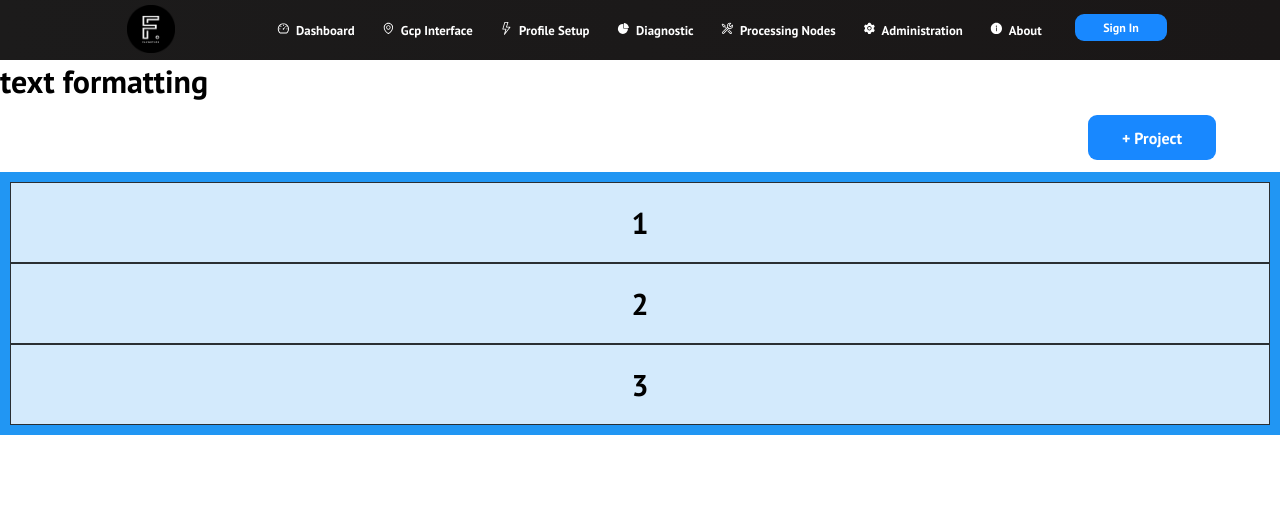
Repository: Akshaykumar1111/akki
Page: /Dashboard
An editor plug-in stored every save of this project. The page is shown before and after the next save, followed by the edit.
The browser window is 1280 px wide. The pictures show the whole page.
Some web libraries are served in a nearby version. The project was rebuilt for these pictures with package versions that can differ from the ones it lists, and the page was loaded fresh each time. Also part of the build but not shown: src/components/pages/Administration.css, src/components/pages/Administration.js, src/components/pages/Diagnostic.js, src/components/pages/ProfileSetup.js, src/components/pages/GcpInterface.js, src/components/pages/ProcessingNodes.js, src/components/pages/About.js, src/components/pages/Popup.css and 7 more.

Above is the page before, as saved 2022-10-20 12:35:05.

### src/App.css
* {
  box-sizing: border-box;
  margin: 0;
  padding: 0;
  font-family: 'PT Sans', sans-serif;
}

.home,
.Diagnostic,
.Dashboard,
.ProfileSetup,
.GcpInterface,
.ProcessingNodes,
.products,
.Administration,
.DeveloperTools,
.About,
.sign-up,
.SigUp,
.Forgot,
.marketing,
.consulting {
  display: flex;
  height: 961.3px;
  align-items: center;
  justify-content: center;
  font-size: 2rem;
}


.map-container{
  width: 100%;
  height: 100%;
}

.Dashboard {
  background-image: url('./images/img-1.jpg');
  background-position: center;
  background-size: cover;
  background-repeat: no-repeat;
  color: #fff;
  font-size: 100px;

  margin-bottom: 10px;
}

.GcpInterface {
  background-image: url('./images/img-2.jpg');
  background-position: center;
  background-size: cover;
  background-repeat: no-repeat;
  color: #fff;
  font-size: 100px;
}

.Diagnostic {
  background-image: url('./images/img-3.jpg');
  background-position: center;
  background-size: fill;
  background-repeat: no-repeat;
  color: #fff;
  font-size: 100px;
}

.ProfileSetup {
  background-image: url('./images/img-4.jpg');
  background-position: center;
  background-size: cover;
  background-repeat: no-repeat;
  color: #fff;
  font-size: 100px;
}

.sign-up {
  background-image: url('./images/img-7.jpg');
  background-position: center;
  background-size: cover;
  background-repeat: no-repeat;
  color: #fff;
  font-size: 100px;
}

.marketing {
  background-image: url('./images/img-6.jpg');
  background-position: center;
  background-size: cover;
  background-repeat: no-repeat;
  color: #fff;
  font-size: 100px;
}

.consulting {
  background-image: url('./images/img-5.jpg');
  background-position: bottom;
  background-size: cover;
  background-repeat: no-repeat;
  color: #fff;
  font-size: 100px;
}

### src/components/pages/Dashboard.js

import React from 'react';
import '../../App.css';
import '../Button.css';
import './Dashboard.css';

export default function Dashboard() {
  return ( <>
  <div>
  <h1>text formatting</h1>


</div>
  <button type="button" className='btn projectbtn'>+ Project</button>
  <div class="grid-container">
  <div class="grid-item">1</div>
  <div class="grid-item">2</div>
  <div class="grid-item">3</div>

</div>
  </>
  )
 }

### src/components/Button.js
import React from 'react';
import './Button.css';
import { Link } from 'react-router-dom';

export function Button() {
  return (
    <Link to='sign-In'>
      <button className='btn'>Sign In</button>
    </Link>
  );
}

### src/components/Navbar.css
.navbar {

  height: 70px;
  display: flex;
  justify-content: center;
  align-items: center;
  font-size: 1.2rem;


}
.nav-bg1{
  background-color: rgba(42, 41, 41, 0.606);
  }
.nav-bg2{
  background: linear-gradient(90deg, rgb(28, 27, 27) 0%, rgb(26, 23, 23) 100%);

}

.navbar-logo {
  color: #fff;
  justify-self: start;
  margin-left: 20px;
  cursor: pointer;
  text-decoration: none;
  font-size: 2rem;
}

.fa-firstdraft {
    margin-left: -18%;
    font-size: 1rem;
    height: 4rem;
    width: 4rem;
    text-align: center;
    margin-top: 12%;
    margin-left: -190%;
}
/* .log-img{
  width: 8%;
} */
.nav-menu {
  display: grid;
  grid-template-columns: repeat(8, auto);
  grid-gap: 10px;
  list-style: none;
  text-align: center;
  width: 70vw;
  justify-content: end;
  margin-right: 2rem;
}

.nav-item {
  display: flex;
  align-items: center;
  height: 80px;
  margin-top: 8%;
  display: flex;
}

.nav-links {
  color: white;
  text-decoration: none;
  padding: 0.5rem 1rem;
}

.nav-links:hover {
  background-color: #1888ff;
  border-radius: 4px;
  transition: all 0.2s ease-out;
}

.fa-bars {
  color: #fff;
}

.nav-links-mobile {
  display: none;
}

.menu-icon {
  display: none;
}
.li1{
  margin-top: 9%;
}

.li2{
  margin-top: 8%;
}
.li4{
  margin-top: 9%;
}
.li5{
  margin-top: 6.5%;
}
.li6{
  margin-top: 7.3%;
}
.li7{
  margin-top: 12.4%;
}
.li8{
  margin-top: 7%;
}

.nav-links1 {
  color: white;
  text-decoration: none;
  padding: 0.5rem 1rem;
}






@media screen and (max-width: 1648px) {
  .navbar {
    /* background: linear-gradient(90deg, rgb(28, 27, 27) 0%, rgb(26, 23, 23) 100%); */
    height: 60px;
    display: flex;
    justify-content: center;
    align-items: center;
    font-size: 0.8rem;
  }
  .nav-bg1{
    background-color: rgba(42, 41, 41, 0.606);
    }
  .nav-bg2{
    background: linear-gradient(90deg, rgb(28, 27, 27) 0%, rgb(26, 23, 23) 100%);

  }
  .navbar-logo {
    color: #fff;
    justify-self: start;
    margin-left: 20px;
    cursor: pointer;
    text-decoration: none;
    font-size: 1.5rem;
    padding-right: 1%;
  }

  .fa-firstdraft {
    margin-left: -6%;
    font-size: 1rem;
    height: 3rem;
    width: 3rem;
    text-align: center;
    margin-top: 12%;
}

  .nav-menu {
    display: grid;
    grid-template-columns: repeat(8, auto);
    grid-gap: 8px;
    list-style: none;
    text-align: center;
    width: 75vw;
    justify-content: end;
    margin-right: 1.2rem;
  }

  .nav-item {
    display: flex;
    align-items: center;
    height: 75px;
  }

  .nav-links {
    color: white;
    text-decoration: none;
    padding: 0.5rem 0.6rem;
  }

  .nav-links1 {
    color: white;
    text-decoration: none;
    padding: 0.5rem 1rem;
  }

  .nav-links:hover {
    background-color: #1888ff;
    border-radius: 4px;
    transition: all 0.2s ease-out;
  }

  .fa-bars {
    color: #fff;
  }

  .nav-links-mobile {
    display: none;
  }

  .menu-icon {
    display: none;
  }
  .li1{
    margin-top: 9%;
  }

  .li2{
    margin-top: 8%;
  }
  .li4{
    margin-top: 9%;
  }
  .li5{
    margin-top: 6.5%;
  }
  .li6{
    margin-top: 7.3%;
  }
  .li7{
    margin-top: 12.4%;
  }
  .li8{
    margin-top: 7%;
  }

}



@media screen and (max-width: 961px) {
  .NavbarItems {
    position: relative;
  }

  .nav-menu {
    display: flex;
    flex-direction: column;
    width: 100%;
    height: 90vh;
    position: absolute;
    top: 80px;
    left: -100%;
    opacity: 1;
    transition: all 0.5s ease;
  }

  .nav-menu.active {
    background: #242222;
    left: 0;
    opacity: 1;
    transition: all 0.5s ease;
    z-index: 1;
  }

  .nav-links {
    text-align: center;
    padding: 0rem;
    width: 100%;
    display: table;
    margin-top: -1%;
  }

  .nav-links1 {
    color: white;
    text-decoration: none;
    padding: 0.5rem 1rem;
  }


  .nav-links:hover {
    background-color: #1888ff;
    border-radius: 0;
  }

  .navbar-logo {
    position: absolute;
    top: 0;
    left: 0;
    transform: translate(25%, 50%);
  }

  .menu-icon {
    display: block;
    position: absolute;
    top: -8px;
    right: 0;
    transform: translate(-100%, 60%);
    font-size: 1.8rem;
    cursor: pointer;
  }

  .fa-times {
    color: #fff;
    font-size: 2rem;
  }
  .nav-item {
    display: flex;
    align-items: center;
    height: 88px;
    font-size: 155%;
}

  .nav-links-mobile {
    display: block;
    text-align: center;
    /* padding: 1.5rem; */
    margin: 0rem auto;
    border-radius: 16px;
    width: 50%;
    background: #1888ff;
    text-decoration: none;
    color: #fff;
    font-size: 1.2rem;
    height: 55px;
    margin-bottom: 2%;
    padding-top: 2%;
  }

  .nav-links-mobile:hover {
    background: #fff;
    color: #1888ff;
    transition: 250ms;
  }

  .nav-Button{
    margin-top: 14%;
  }
  /* button {
    display: none;
  } */
  .fa-firstdraft {
    margin-left: 85%;
    font-size: 1rem;
    height: 3rem;
    width: 3rem;
    text-align: center;
    margin-top: -28%;
}
.li1{
  margin-top: 9%;
}

.li2{
  margin-top: 8%;
}
.li4{
  margin-top: 9%;
}
.li5{
  margin-top: 6.5%;
}
.li6{
  margin-top: 7.3%;
}
.li7{
  margin-top: 12.4%;
}
.li8{
  margin-top: 7%;
}

}



@media screen and (max-width: 480px) {
  .NavbarItems {
    position: relative;
  }

  .nav-menu {
    display: flex;
    flex-direction: column;
    width: 100%;
    height: 90vh;
    position: absolute;
    top: 80px;
    left: -100%;
    opacity: 1;
    transition: all 0.5s ease;
  }

  .nav-menu.active {
    background: #242222;
    left: 0;
    opacity: 1;
    transition: all 0.5s ease;
    z-index: 1;
  }

  .nav-links {
    text-align: center;
    padding: 0rem;
    width: 100%;
    display: table;
    margin-top: -1%;
  }

  .nav-links1 {
    color: white;
    text-decoration: none;
    padding: 0.5rem 1rem;
  }


  .nav-links:hover {
    background-color: #1888ff;
    border-radius: 0;
  }

  .navbar-logo {
    position: absolute;
    top: 0;
    left: 0;
    transform: translate(25%, 50%);
  }

  .menu-icon {
    display: block;
    position: absolute;
    top: -8px;
    right: 0;
    transform: translate(-100%, 60%);
    font-size: 1.8rem;
    cursor: pointer;
  }

  .fa-times {
    color: #fff;
    font-size: 2rem;
  }
  .nav-item {
    display: flex;
    align-items: center;
    height: 88px;
    font-size: 155%;
}

  .nav-links-mobile {
    display: block;
    text-align: center;
    /* padding: 1.5rem; */
    margin: 0rem auto;
    border-radius: 16px;
    width: 50%;
    background: #1888ff;
    text-decoration: none;
    color: #fff;
    font-size: 1.2rem;
    height: 55px;
    margin-bottom: 2%;
    padding-top: 2%;
  }

  .nav-links-mobile:hover {
    background: #fff;
    color: #1888ff;
    transition: 250ms;
  }

  .nav-Button{
    margin-top: 14%;
  }
  /* button {
    display: none;
  } */
  .fa-firstdraft {
    margin-left: 50%;
    font-size: 1rem;
    height: 3rem;
    width: 3rem;
    text-align: center;
    margin-top: -28%;
}
.li1{
  margin-top: 9%;
}

.li2{
  margin-top: 8%;
}
.li4{
  margin-top: 9%;
}
.li5{
  margin-top: 6.5%;
}
.li6{
  margin-top: 7.3%;
}
.li7{
  margin-top: 12.4%;
}
.li8{
  margin-top: 7%;
}

}

/* <-----------sticky navbar----------> */
/* .sticky{
  position: fixed;
  top: 0;
  left: 0;
  width: 100%;
  height: 5rem;
  padding-top: 0;
  padding-bottom: 0;
  box-shadow: 0 0 2rem 0 rgb(0,0,0,5);
} */
/* <-----------sticky navbar end----------> */

### src/components/Button.css
:root {
  --primary: #1888ff;
}

.btn {
  padding: 6px 9px;
  border-radius: 4px;
  outline: none;
  border: none;
  font-size: 15px;
  color: #fff;
  cursor: pointer;
  background-color: var(--primary);
  margin-top: 33%;
}
.projectbtn {
  font-size: 150%;
  /* padding: 0.5% 0.1% 0.5% 0.1%; */
  width: 10%;
  margin-top: 1%;
  margin-left: 89%;
}

.btn:hover {
  padding: 5px 9px;
  transition: all 0.3s ease-out;
  background-color: transparent;
  color: #fff;
  border-radius: 4px;
  border: 2px solid var(--primary);
  transition: all 0.3s ease-out;
}
@media screen and (max-width: 1140px) {
  .NavbarItems {
    position: relative;
  }
  :root {
    --primary: #1888ff;
  }

  .btn {
    padding: 6px 12px;
    border-radius: 9px;
    outline: none;
    border: none;
    font-size: 12px;
    color: #fff;
    cursor: pointer;
    background-color: var(--primary);
    margin-top: 36%;
  }
  .projectbtn {
    font-size: 150%;
    /* padding: 0.5% 0.1% 0.5% 0.1%; */
    width: 10%;
    margin-top: 1%;
    margin-left: 89%;
  }

  .btn:hover {
    padding: 6px 18px;
    transition: all 0.3s ease-out;
    background-color: transparent;
    color: #fff;
    border-radius: 4px;
    border: 2px solid var(--primary);
    transition: all 0.3s ease-out;
  }
}

@media screen and (max-width: 1648px) {
  .NavbarItems {
    position: relative;
  }
  :root {
    --primary: #1888ff;
  }

  .btn {
    padding: 6px 12px;
    border-radius: 9px;
    outline: none;
    border: none;
    font-size: 12px;
    color: #fff;
    cursor: pointer;
    background-color: var(--primary);
    margin-top: 26%;
  }
  .projectbtn {
    font-size: 100%;
    padding: 1% 0.1% 1% 0.1%;
    width: 10%;
    margin-top: 1%;
    margin-left: 85%;
  }

  .btn:hover {
    padding: 6px 18px;
    transition: all 0.3s ease-out;
    background-color: transparent;
    color: #fff;
    border-radius: 4px;
    border: 2px solid var(--primary);
    transition: all 0.3s ease-out;
  }
}




@media screen and (max-width: 961px) {
  .NavbarItems {
    position: relative;
  }
  :root {
    --primary: #1888ff;
  }

  .btn {

    border-radius: 9px;
    outline: none;
    border: none;
    font-size: 12px;
    color: #fff;
    cursor: pointer;
    background-color: var(--primary);
    width: auto;
    margin-top: 3%;
  }
  .projectbtn {
    font-size: 100%;
    padding: 1.5% 0.1% 1.5% 0.1%;
    width: 10%;
    margin-top: 1%;
    margin-left: 86%;
  }

  .btn:hover {
    padding: 0px 0px;
    transition: all 0.3s ease-out;
    background-color: transparent;
    color: #fff;
    border-radius: 4px;
    border: 2px solid var(--primary);
    transition: all 0.3s ease-out;
  }
}

### src/components/pages/Dashboard.css
.grid-container {
    display: grid;
    grid-template-rows: auto auto auto;
    background-color: #2196F3;
    padding: 10px;
  }
  .grid-item {
    background-color: rgba(255, 255, 255, 0.8);
    border: 1px solid rgba(0, 0, 0, 0.8);
    padding: 20px;
    font-size: 30px;
    text-align: center;
  }
.Welcome {
    text-align: center;
    text-transform: uppercase;
  color: #4CAF50;
}

### src/components/pages/Signin.css
.sign-ups{
    display: flex;
    height: 33px;
    align-items: center;
    justify-content: center;
    font-size: 3rem;
    margin-top: -9px;
    color:whitesmoke;
    text-shadow: 2px 2px 15px white;
  }
  body {font-family: Arial, Helvetica, sans-serif;}
  /* The Modal (background) */
  .Main-login-Div {
  width: 100%;
  height: 100%;
  background-color: rgba(0,0,0,0.4);

  padding:10% 20% 5.6% 20%;

  background-image: url('../../images/abhi.jpg');
  background-size: cover;


  }

  /* input[type=text], input[type=password] {
  width: 100%;
  padding: 12px 20px;
  margin: 12px 0;
  display: inline-block;
  border: 1px solid #ccc;
  box-sizing: border-box;
  } */
  .input[type=text], .input[type=password] {
    width: 100%;
    padding: 12px 20px;
    margin: 12px 0;
    display: inline-block;
    border: 1px solid #ccc;
    box-sizing: border-box;
    }

  /* Set a style for all buttons */
  button {
  background-color: var(--primary);
  color: white;
  padding: 14px 20px;
  margin: 12px 0;
  border: none;
  cursor: pointer;
  width: 100%;
  border-radius: 10px;

  }


  button:hover {
  opacity: 0.8;
  }

  .nav-links-mobile {
    display: none;
  }

  /* Extra styles for the cancel button */
  .cancelbtn {
  width: auto;
  padding: 10px 18px;
  background-color: #f44336;
  border-radius: 9%;
  }

  .Signupbtn{
  width: auto;
  padding: 10px 18px;
  background-color: var(--primary);
  text-align: center;
  border-radius: 9%;
  }

  /* Center the image and position the close button */
  .imgcontainer  {
  text-align: center;
  margin: 24px 0 12px 0;
  position: relative;
  }

  img.avatar {
  width: 40%;
  border-radius: 50%;
  }

  .container {
  padding: 16px;
  /* text-align: right; */

  }
  .cont2{
    margin-left: 75px;
  }

  .container5 {

  /* text-align: right; */
  width: 100%;
  display: flex;
  /* height: 10%; */

  }

  .container1 {
  padding: 16px;

  width: 80%;

  }
  .container2 {
  width: 20%;
  text-align: right;
  padding: 16px;

  }







  span.psw {
  float: right;
  padding-top: 16px;
  }



  /* Modal Content/Box */
  .modal-content {
  background-color: #fefefe;
  margin: 5% auto 15% auto; /* 5% from the top, 15% from the bottom and centered */
  border: 1px solid #888;
  width: 80%; /* Could be more or less, depending on screen size */
  border-radius: 18px;
  }

  /* The Close Button (x) */
  .close {
  position: absolute;
  right: 25px;
  top: 0;
  color: #000;
  font-size: 35px;
  font-weight: bold;
  }

  .close:hover,
  .close:focus {
  color: red;
  cursor: pointer;
  }

  /* Add Zoom Animation */
  .animate {
  -webkit-animation: animatezoom 0.6s;
  animation: animatezoom 0.6s
  }

  @-webkit-keyframes animatezoom {
  from {-webkit-transform: scale(0)}
  to {-webkit-transform: scale(1)}
  }

  @keyframes animatezoom {
  from {transform: scale(0)}
  to {transform: scale(1)}
  }


  /* /////////////////////////////////////////////////////////////////////////////////////////////////////////////////// */
  @media screen and (max-width: 961px){
  .sign-ups{
    display: flex;
    height: 33px;
    align-items: center;
    justify-content: center;
    font-size: 3rem;
    margin-top: -9px;
    color:whitesmoke;
    text-shadow: 2px 2px 15px white;
  }
  body {font-family: Arial, Helvetica, sans-serif;}
  /* The Modal (background) */
  .Main-login-Div {
  width: 100%; /* Full width */
  height: 100%; /* Full height */
  background-color: rgba(0,0,0,0.4); /* Black w/ opacity */
  padding-top: 15%;
  padding-bottom: 2%;

  background-image: url('../../images/abhi.jpg');
  background-size: cover;


  }

  .input2[type=text], .input2[type=password] {
  width: 80%;
  padding: 12px 20px;
  margin: 12px 0;
  display: inline-block;
  border: 1px solid #ccc;
  box-sizing: border-box;
  }

  /* Set a style for all buttons */
  button {
  background-color: var(--primary);
  color: white;
  padding: 14px 20px;
  margin: 12px 0;
  border: none;
  cursor: pointer;
  width: 100%;
  border-radius: 10px;
  }


  button:hover {
  opacity: 0.8;
  }

  /* Extra styles for the cancel button */
  .cancelbtn {
  /* width: auto; */
  padding: 10px 18px;
  background-color: #f44336;
  }

  .Signupbtn{
  /* width: auto; */
  padding: 10px 18px;
  background-color: var(--primary);
  text-align: center;

  }

  /* Center the image and position the close button */
  .imgcontainer  {
  text-align: center;
  margin: 24px 0 12px 0;
  position: relative;
  }

  img.avatar {
  width: 40%;
  border-radius: 50%;
  }

  .container {
  padding: 16px;
  /* text-align: right; */

  }

  .container5 {

  /* text-align: right; */
  width: 100%;
  display: flex;
  /* height: 10%; */

  }

  .container1 {
  padding: 16px;

  width: 80%;

  }
  .container2 {
  width: 50%;
  text-align: right;
  padding: 16px;

  }








  span.psw {
  float: right;
  padding-top: 16px;
  }



  /* Modal Content/Box */
  .modal-content {
  background-color: #fefefe;
  margin: 5% auto 15% auto; /* 5% from the top, 15% from the bottom and centered */
  border: 1px solid #888;
  width: 80%; /* Could be more or less, depending on screen size */
  border-radius: 18px;
  }

  /* The Close Button (x) */
  .close {
  position: absolute;
  right: 25px;
  top: 0;
  color: #000;
  font-size: 35px;
  font-weight: bold;
  }

  .close:hover,
  .close:focus {
  color: red;
  cursor: pointer;
  }

  /* Add Zoom Animation */
  .animate {
  -webkit-animation: animatezoom 0.6s;
  animation: animatezoom 0.6s
  }

  @-webkit-keyframes animatezoom {
  from {-webkit-transform: scale(0)}
  to {-webkit-transform: scale(1)}
  }

  @keyframes animatezoom {
  from {transform: scale(0)}
  to {transform: scale(1)}
  }
  }
  @media screen and (max-width: 300px) {
    span.psw {
       display: block;
       float: none;
    }
    .cancelbtn {
       width: 100%;
    }
  }

  @media screen and (max-width: 610px){
    .sign-ups{
      display: flex;
      height: 33px;
      align-items: center;
      justify-content: center;
      font-size: 2rem;
      margin-top: -9px;
      color:whitesmoke;
      text-shadow: 2px 2px 15px white;
    }
    body {font-family: Arial, Helvetica, sans-serif;}
    /* The Modal (background) */
    .Main-login-Div {
    width: 100%; /* Full width */
    height: 100%; /* Full height */
    background-color: rgba(0,0,0,0.4); /* Black w/ opacity */
    padding-top: 15%;
    padding-bottom: 2%;

    background-image: url('../../images/abhi.jpg');
    background-size: cover;


    }

    .input[type=text], .input[type=password] {
    width: 100%;
    padding: 12px 20px;
    margin: 12px 0;
    display: inline-block;
    border: 1px solid #ccc;
    box-sizing: border-box;
    }

    /* Set a style for all buttons */
    /* button {
    background-color: var(--primary);
    color: white;
    padding: 14px 20px;
    margin: 12px 0;
    border: none;
    cursor: pointer;
    width: 126%;
    } */
    .button {
      background-color: var(--primary);
      color: white;
      padding: 14px 20px;
      margin: 12px 0;
      border: none;
      cursor: pointer;
      width: 100%;
      border-radius: 10px;
      }



    button:hover {
    opacity: 0.8;
    }

    /* Extra styles for the cancel button */
    .cancelbtn {
    /* width: auto; */
    padding: 7px 14px;
    background-color: #f44336;
    }
    .cont2{
      margin-left: 75px;

    }
    .Signupbtn{
    /* width: auto; */
    padding: 3px 11px;
    background-color: var(--primary);
    text-align: center;
    font-size: 14px;

    }
    .Forgot-password{
      font-size: 12px;
    }

    /* Center the image and position the close button */
    .imgcontainer  {
    text-align: center;
    margin: 24px 0 12px 0;
    position: relative;
    }

    img.avatar {
    width: 40%;
    border-radius: 50%;
    }

    .container {
    padding: 16px;
    /* text-align: right; */
    width: 100%;

    }

    .container5 {

    /* text-align: right; */
    width: 100%;
    display: flex;
    /* height: 10%; */

    }

    .container1{
    padding: 16px;

    width: 80%;

    }
    .container2 {
    width: 50%;
    text-align: right;
    padding: 16px;

    }








    span.psw1 {
    float: right;
    padding-top: 16px;
    }



    /* Modal Content/Box */
    .modal-content {
    background-color: #fefefe;
    margin: 5% auto 15% auto; /* 5% from the top, 15% from the bottom and centered */
    border: 1px solid #888;
    width: 80%; /* Could be more or less, depending on screen size */
    border-radius: 18px;
    }

    /* The Close Button (x) */
    .close {
    position: absolute;
    right: 25px;
    top: 0;
    color: #000;
    font-size: 35px;
    font-weight: bold;
    }

    .close:hover,
    .close:focus {
    color: red;
    cursor: pointer;
    }

    /* Add Zoom Animation */
    .animate {
    -webkit-animation: animatezoom 0.6s;
    animation: animatezoom 0.6s
    }

    @-webkit-keyframes animatezoom {
    from {-webkit-transform: scale(0)}
    to {-webkit-transform: scale(1)}
    }

    @keyframes animatezoom {
    from {transform: scale(0)}
    to {transform: scale(1)}
    }
    }

    @media screen and (max-width: 523px){
      .sign-ups{
        display: flex;
        height: 33px;
        align-items: center;
        justify-content: center;
        font-size: 1.5rem;
        margin-top: -9px;
        color:whitesmoke;
        text-shadow: 2px 2px 15px white;
      }
      body {font-family: Arial, Helvetica, sans-serif;}
      /* The Modal (background) */
      .Main-login-Div {
      width: 100%; /* Full width */
      height: 100%; /* Full height */
      background-color: rgba(0,0,0,0.4); /* Black w/ opacity */
      padding-top: 15%;
      padding-bottom: 2%;

      background-image: url('../../images/abhi.jpg');
      background-size: cover;


      }

      .input[type=text], .input[type=password] {
      width: 100%;
      padding: 12px 20px;
      margin: 12px 0;
      display: inline-block;
      border: 1px solid #ccc;
      box-sizing: border-box;
      }

      /* Set a style for all buttons */
      /* button {
      background-color: var(--primary);
      color: white;
      padding: 14px 20px;
      margin: 12px 0;
      border: none;
      cursor: pointer;
      width: 126%;
      } */
      .button {
        background-color: var(--primary);
        color: white;
        padding: 14px 20px;
        margin: 12px 0;
        border: none;
        cursor: pointer;
        width: 100%;
        border-radius: 10px;

        }



      button:hover {
      opacity: 0.8;
      }

      /* Extra styles for the cancel button */
      .cancelbtn {
      /* width: auto; */
      padding: 7px 14px;
      background-color: #f44336;
      }
      .cont2{
        margin-left: 30px;

      }
      .Signupbtn{
      /* width: auto; */
      padding: 3px 11px;
      background-color: var(--primary);
      text-align: center;
      font-size: 14px;

      }
      .Forgot-password{
        font-size: 12px;
      }

      /* Center the image and position the close button */
      .imgcontainer  {
      text-align: center;
      margin: 24px 0 12px 0;
      position: relative;
      }

      img.avatar {
      width: 40%;
      border-radius: 50%;
      }

      .container {
      padding: 16px;
      /* text-align: right; */
      width: 100%;

      }

      .container5 {

      /* text-align: right; */
      width: 100%;
      display: flex;
      /* height: 10%; */

      }

      .container1{
      padding: 16px;

      width: 80%;

      }
      .container2 {
      width: 50%;
      text-align: right;
      padding: 16px;

      }








      span.psw1 {
      float: right;
      padding-top: 16px;
      }



      /* Modal Content/Box */
      .modal-content {
      background-color: #fefefe;
      margin: 5% auto 15% auto; /* 5% from the top, 15% from the bottom and centered */
      border: 1px solid #888;
      width: 80%; /* Could be more or less, depending on screen size */
      border-radius: 18px;
      }

      /* The Close Button (x) */
      .close {
      position: absolute;
      right: 25px;
      top: 0;
      color: #000;
      font-size: 35px;
      font-weight: bold;
      }

      .close:hover,
      .close:focus {
      color: red;
      cursor: pointer;
      }

      /* Add Zoom Animation */
      .animate {
      -webkit-animation: animatezoom 0.6s;
      animation: animatezoom 0.6s
      }

      @-webkit-keyframes animatezoom {
      from {-webkit-transform: scale(0)}
      to {-webkit-transform: scale(1)}
      }

      @keyframes animatezoom {
      from {transform: scale(0)}
      to {transform: scale(1)}
      }

      }

Loaded but not shown: public/index.html (common file); src/index.js (common file); src/components/Navbar.js (179 lines, source omitted); src/App.js (57 lines, source omitted)

After the next save:
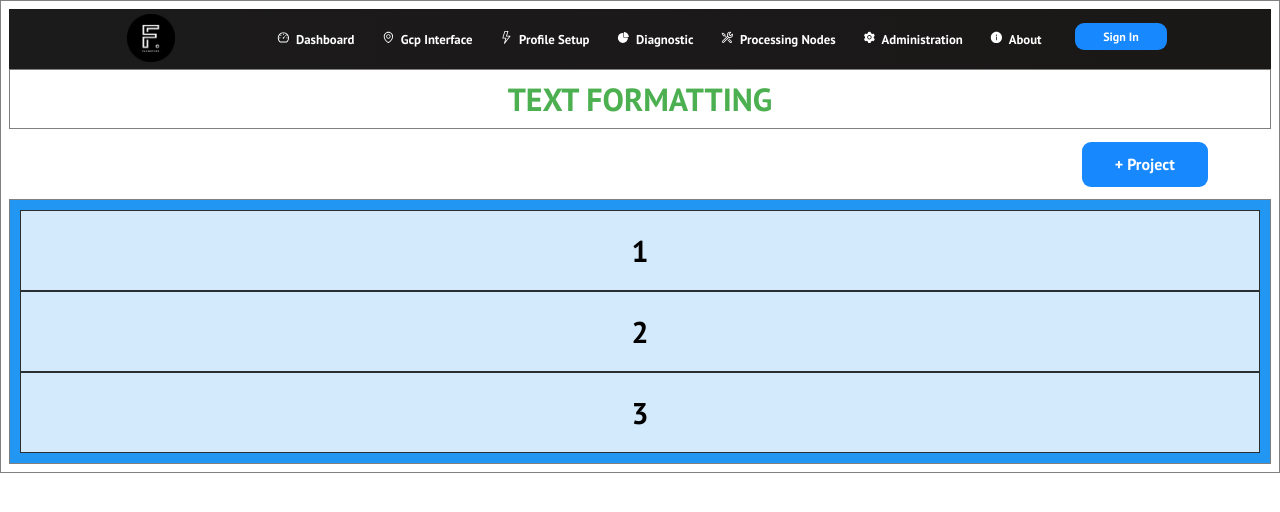
Saved 37 s later.
--- a/src/components/pages/Dashboard.css
+++ b/src/components/pages/Dashboard.css
@@ -11,8 +11,13 @@
     font-size: 30px;
     text-align: center;
   }
-.Welcome {
+  div {
+    border: 1px solid gray;
+    padding: 8px;
+  }
+
+  h1 {
     text-align: center;
     text-transform: uppercase;
-  color: #4CAF50;
-}
+    color: #4CAF50;
+  }
